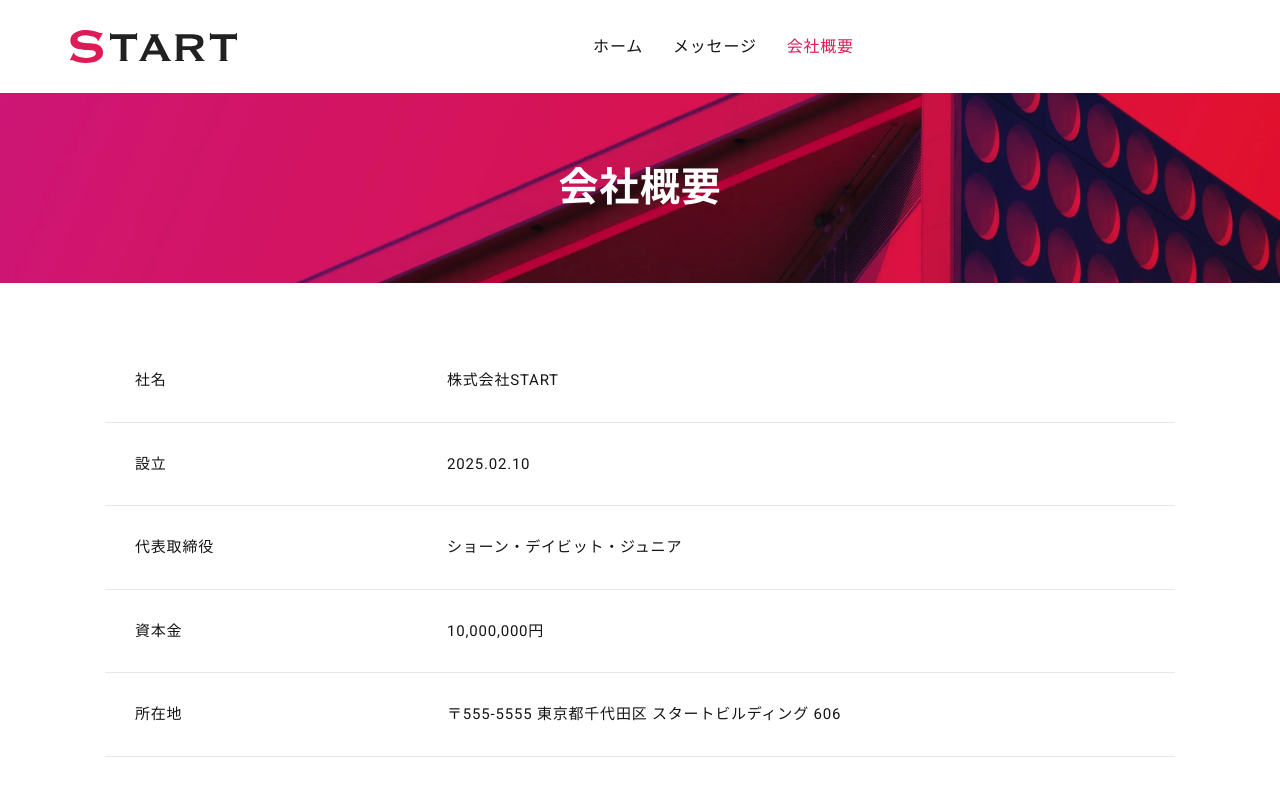
Repository: tetishi/tetishi.github.io
Page: company.html
These files come from the project's save history. The page is drawn as it stood at one moment and after the next save; the edit follows.
The browser window is 1280 px wide. The pictures show the part of the page from y = 0 to 807 px (the page is 1772 px tall).
Pictures or frames that could not be fetched are drawn as grey boxes.

Above is the page before, as saved 2023-07-18 23:07:26.

After the next save:
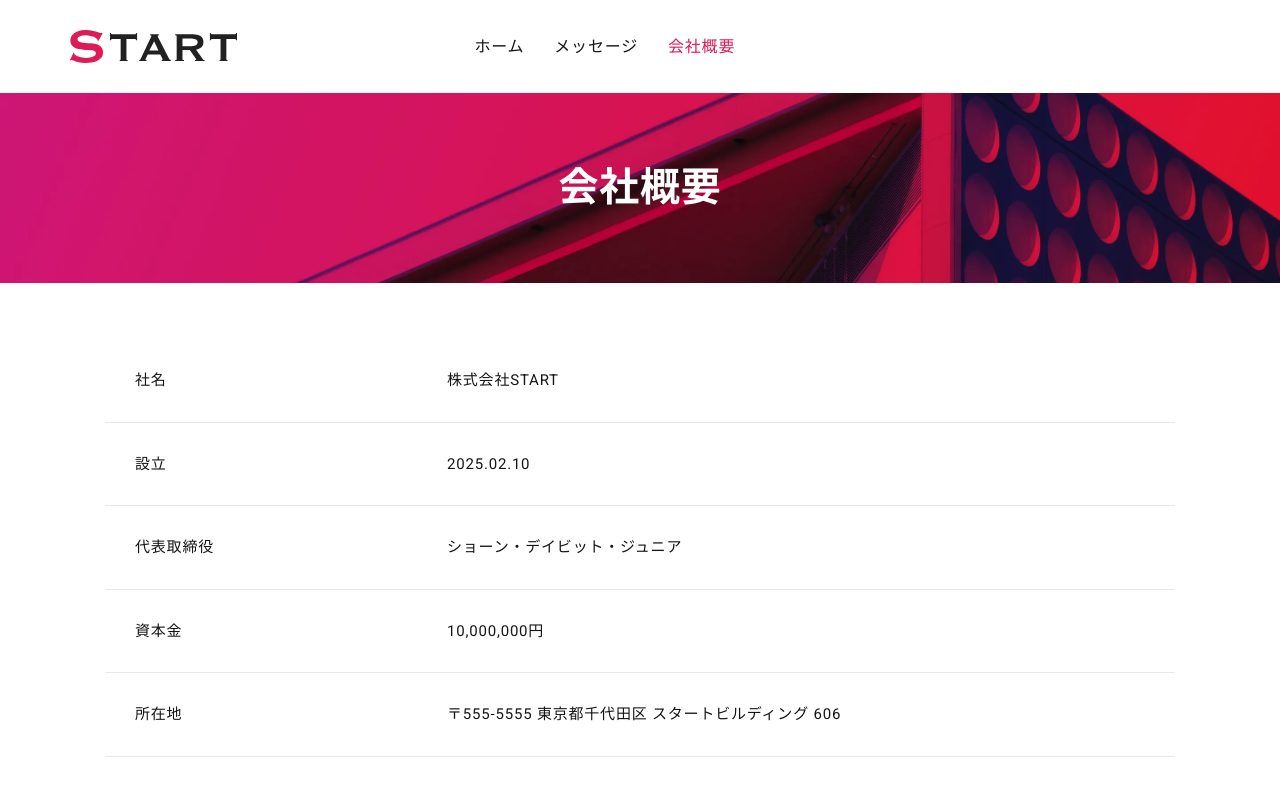
Saved 3 min 22 s later.
--- a/company.html
+++ b/company.html
@@ -36,6 +36,7 @@
                 </ul>
             </nav>
             <div class="overlay"></div>
+            <div class="hamburger-menu">
             <button class="hamburger-btn">
                 <span class="bar bar_top"></span>
                 <span class="bar bar_mid"></span>
